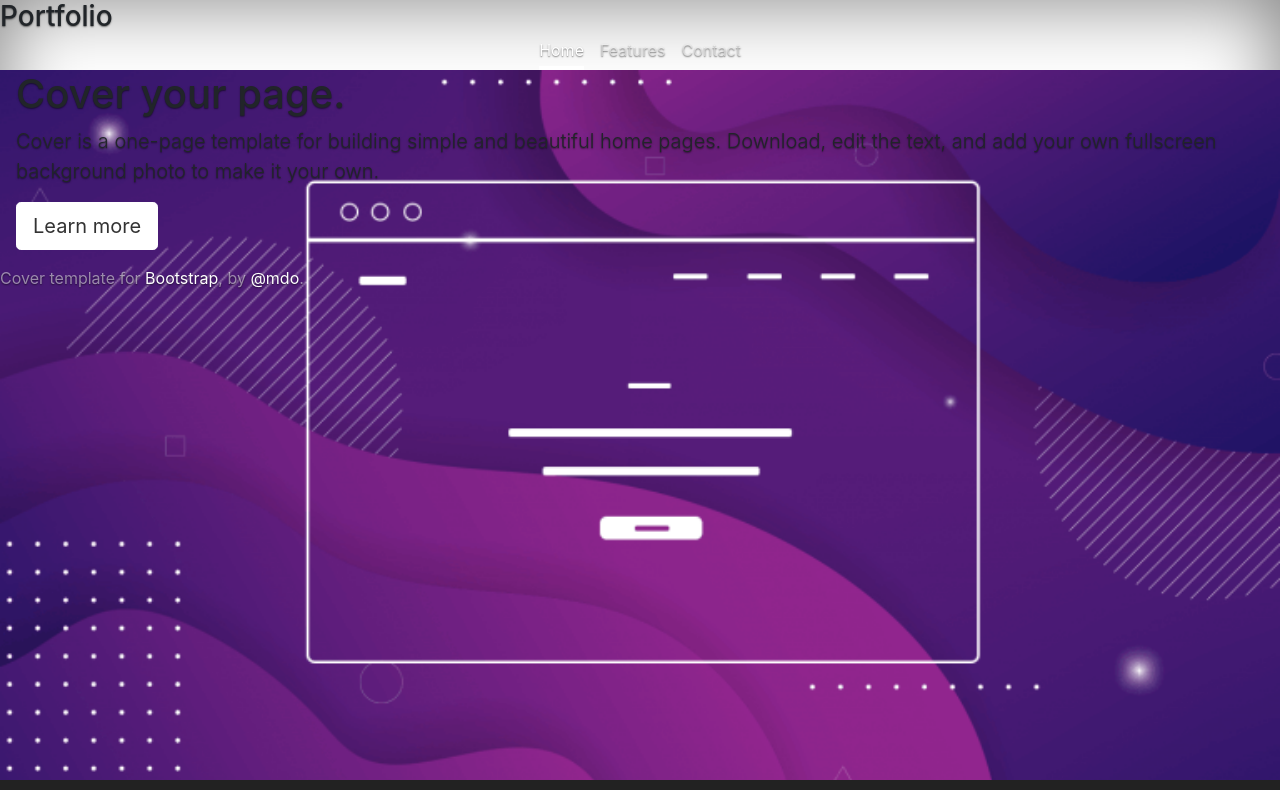
Repository: Shlahla48/zaio-bootstrap-portfolio
Page: index.html
The author's editor kept a copy of each file at every save. The page is drawn from the files as they stood at one save, then again after the next save.
The browser window is 1280 px wide. The pictures show the whole page.

Above is the page before, as saved 2022-10-10 14:25:20.

After the next save:
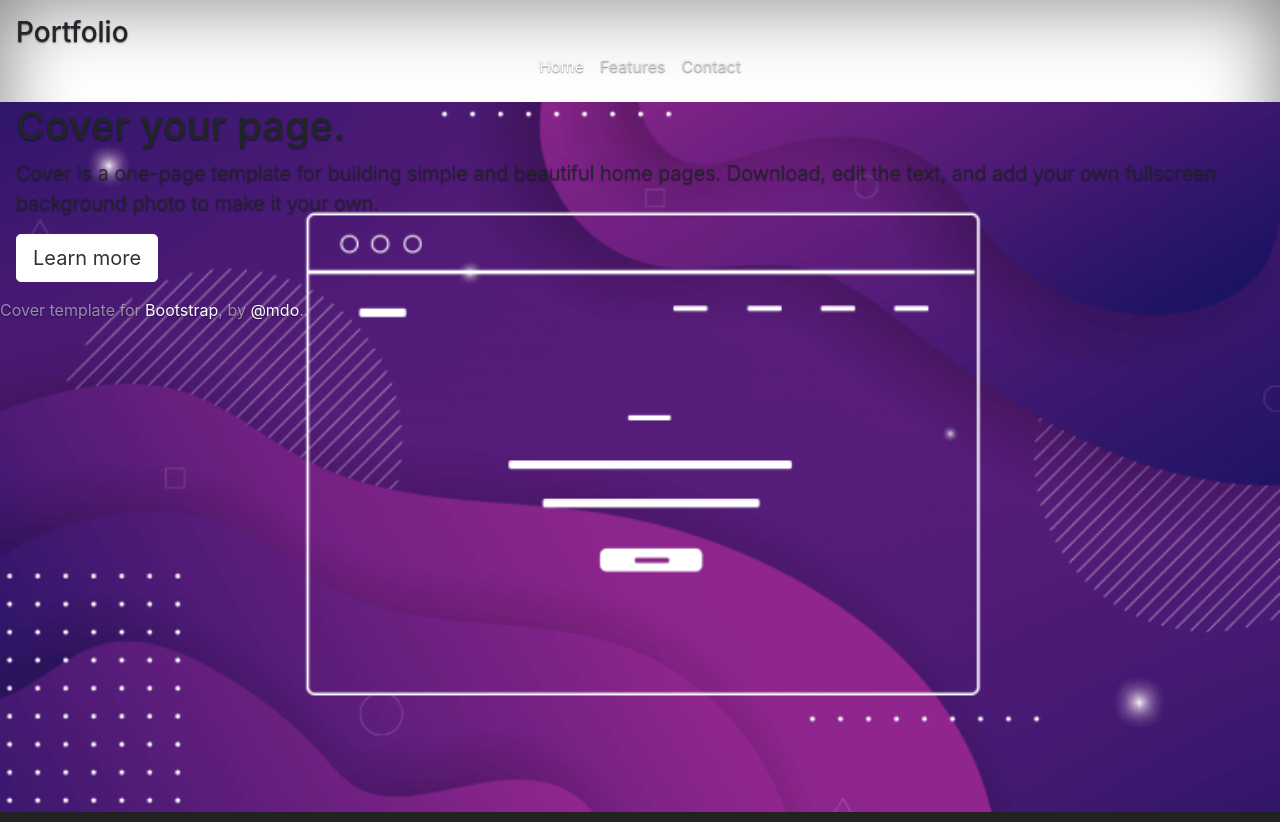
Saved 18 s later.
--- a/index.html
+++ b/index.html
@@ -75,7 +75,7 @@
   <body class="">
 
 
-  <header class="">
+  <header class="p-3">
     <div>
       <h3 class="float-md-start mb-0">Portfolio</h3>
       <nav class="nav nav-masthead justify-content-center float-md-end">
